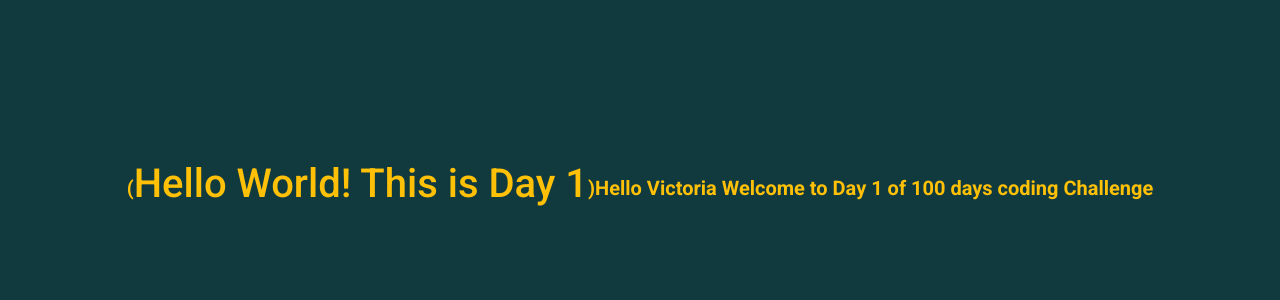
Repository: VickyJacob23/100DaysOfCoding
Page: day1/index.html
The author's editor kept a copy of each file at every save. The page is drawn from the files as they stood at one save, then again after the next save.
The browser window is 1280 px wide. The pictures show the whole page.

Above is the page before, as saved 2024-08-14 12:49:30.

### day1/index.html
<!DOCTYPE html>
<html lang="en">
  <head>
    <meta charset="UTF-8" />
    <meta name="viewport" content="width=device-width, initial-scale=1.0" />
    <link
      href="https://cdn.jsdelivr.net/npm/bootstrap@5.0.2/dist/css/bootstrap.min.css"
      rel="stylesheet"
      integrity="sha384-EVSTQN3/azprG1Anm3QDgpJLIm9Nao0Yz1ztcQTwFspd3yD65VohhpuuCOmLASjC"
      crossorigin="anonymous"
    />
    <link rel="stylesheet" href="style.css" />
    <title>Day 1</title>
  </head>
  <body class="fw-bold text-warning fs-5">
    <script src="script.js"></script>
  </body>
</html>

### day1/style.css
@import url("https://fonts.googleapis.com/css2?family=Roboto:ital,wght@0,100;0,300;0,400;0,500;0,700;0,900;1,100;1,300;1,400;1,500;1,700;1,900&display=swap");

body {
  font-family: "Roboto", sans-serif;
  background-color: #113a3f;
  display: flex;
  justify-content: center;
  align-items: center;
  margin: 8em auto;
}

### day1/script.js
let firstCode = "(<h1>Hello World! This is Day 1</h1>)";
document.write(firstCode); // how to use HTML tags in JS

let name = "Hello Victoria Welcome to Day 1 of 100 days coding Challenge";
document.write(name); // display on the user interface

console.log(name); // display in the console output

After the next save:
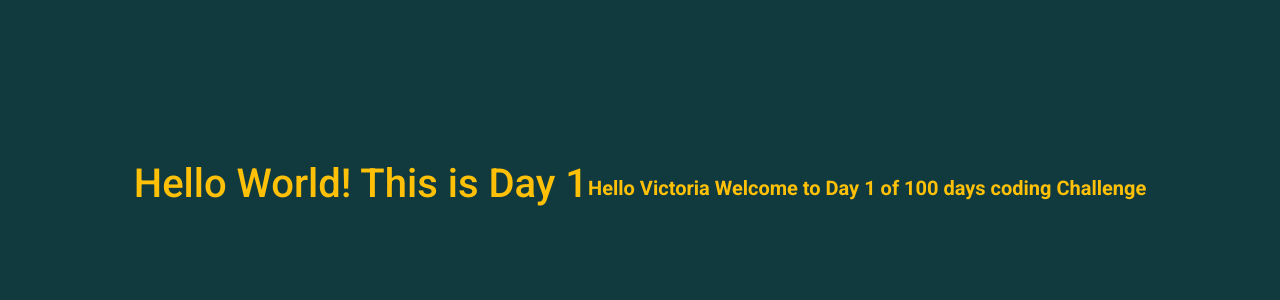
Saved 47 s later.
--- a/day1/script.js
+++ b/day1/script.js
@@ -1,4 +1,4 @@
-let firstCode = "(<h1>Hello World! This is Day 1</h1>)";
+let firstCode = "<h1>Hello World! This is Day 1</h1>";
 document.write(firstCode); // how to use HTML tags in JS
 
 let name = "Hello Victoria Welcome to Day 1 of 100 days coding Challenge";
